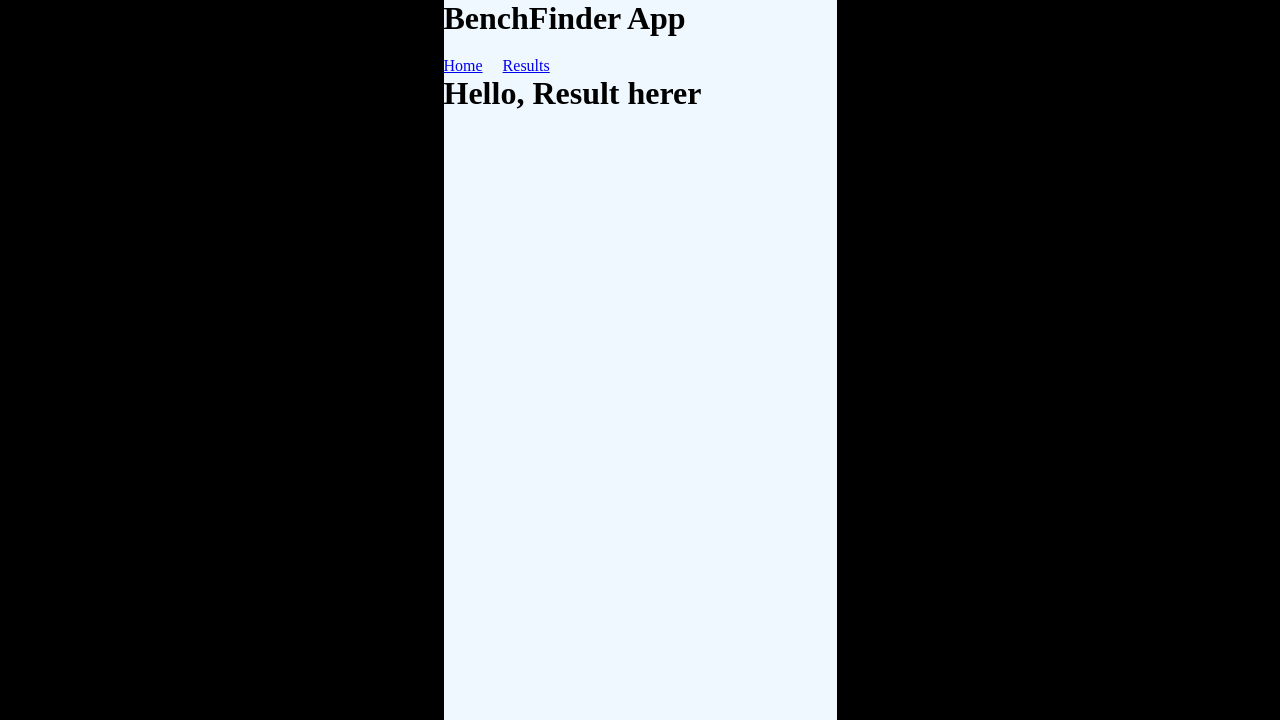
Repository: HidayatPatil/BenchFinder
Page: /results
An editor plug-in stored every save of this project. The page is shown before and after the next save, followed by the edit.
The browser window is 1280 px wide. The pictures show the whole page.
The project was rebuilt for these pictures with package versions that can differ from the ones it lists, and the page was loaded fresh each time. Also part of the build but not shown: vite.config.js, src/Home.jsx.

Above is the page before, as saved 2025-10-09 18:07:00.

### index.html
<!doctype html>
<html lang="en">
  <head>
    <meta charset="UTF-8" />
    <link rel="icon" type="image/svg+xml" href="/vite.svg" />
    <meta name="viewport" content="width=device-width, initial-scale=1.0" />
    <title>benchfinder</title>
  </head>
  <body>
    <div id="root"></div>
    <script type="module" src="/src/main.jsx"></script>
  </body>
</html>

### src/index.css
/* Reset default margins and padding */
* {
    margin: 0;
    padding: 0;
    box-sizing: border-box;
}

body, html {
    width: 100%;
    height: 100%;
    overflow: hidden;
    background-color: black;
    display: flex;
    justify-content: center;
    align-items: center;
}

#root {
    width: 393px;
    min-width: 320px;
    max-width: 425px;
    height: 100vh;
    background-color: rgb(0, 0, 0);
    position: relative;
}

.app_body {
    width: 393px;
    min-width: 320px;
    max-width: 425px;
    height: 100%;
    background-color: aliceblue;
    margin: 0 auto;
}

### src/App.jsx
import { Routes, Route, Link } from 'react-router-dom'
import Result from './Results'
import Home from './Home'

export default function App(){
  return (
    <div className="app_body">
      <h1 className="container">BenchFinder App</h1>
      <nav style={{ marginTop: '20px' }}>
        <Link to="/" style={{ marginRight: '20px' }}>Home</Link>
        <Link to="/results">Results</Link>
      </nav>

      <Routes>
        <Route path="/" element={<Home />} />
        <Route path="/results" element={<Result />} />
      </Routes>
    </div>
  )
}

### src/Results.jsx


export default function Result(){
    return(
        <div >
            <h1>Hello, Result herer</h1>
        </div>
    )
}

Loaded but not shown: src/main.jsx (common file)

After the next save:
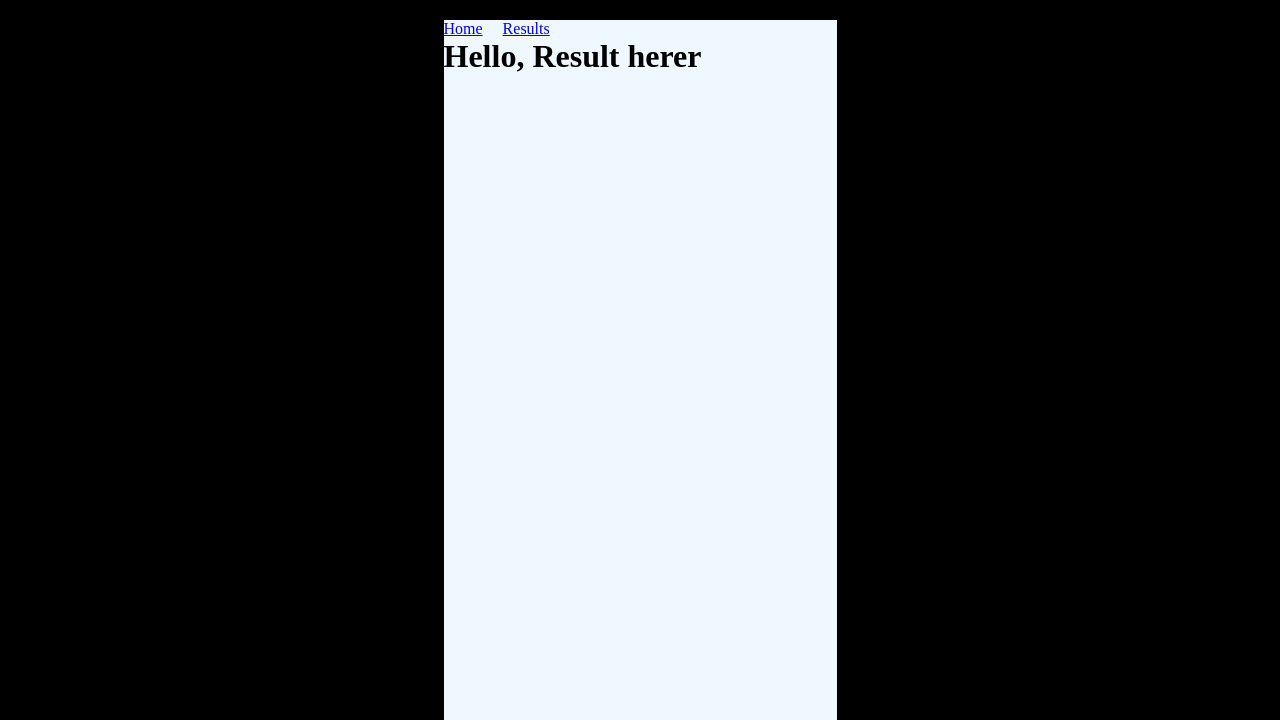
Saved 16 s later.
--- a/src/App.jsx
+++ b/src/App.jsx
@@ -5,7 +5,7 @@ import Home from './Home'
 export default function App(){
   return (
     <div className="app_body">
-      <h1 className="container">BenchFinder App</h1>
+      {/* <h1 className="container">BenchFinder App</h1> */}
       <nav style={{ marginTop: '20px' }}>
         <Link to="/" style={{ marginRight: '20px' }}>Home</Link>
         <Link to="/results">Results</Link>
